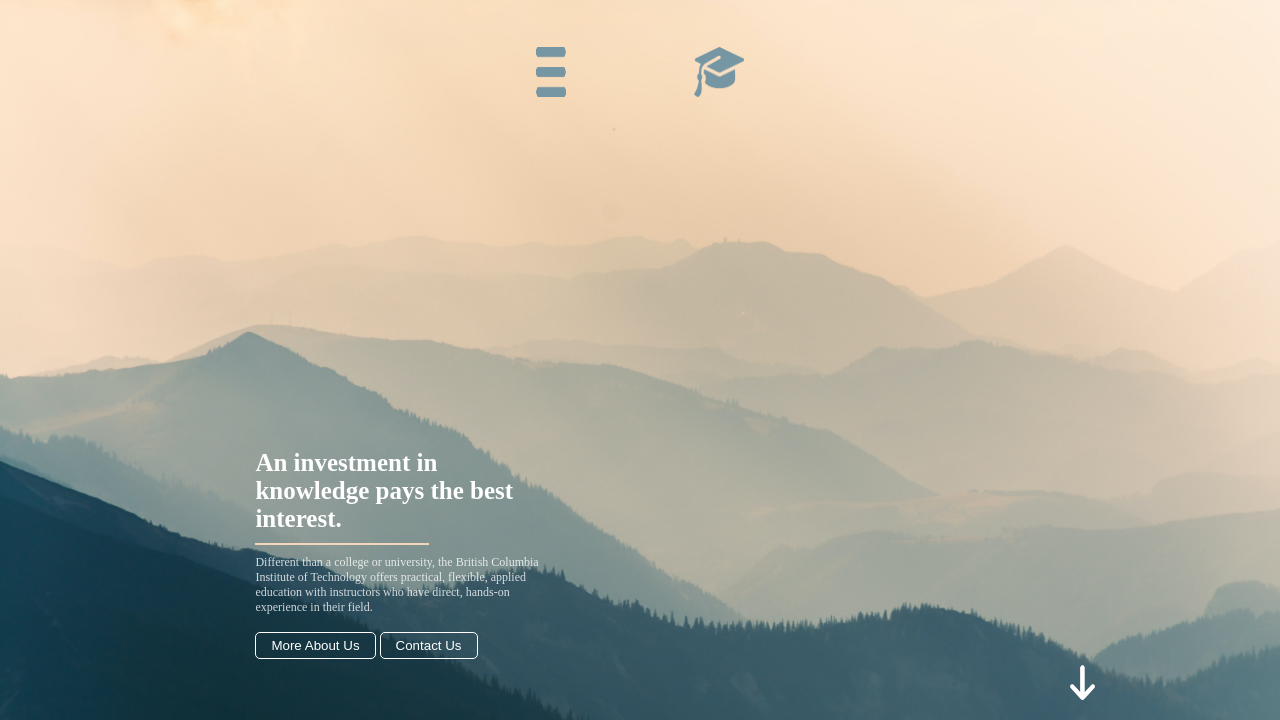
Repository: Sheraliramzan/Aly_A01253508_Assignment1
Page: /
The author's editor kept a copy of each file at every save. The page is drawn from the files as they stood at one save, then again after a run of saves.
The browser window is 1280 px wide. The pictures show the whole page.
The project was rebuilt for these pictures with package versions that can differ from the ones it lists, and the page was loaded fresh each time. The framework's server and built-in components were replaced by stand-ins that run in the browser. Also part of the build but not shown: next.config.js.

Above is the page before, as saved 2023-02-04 17:30:09.

After the next 2 saves:
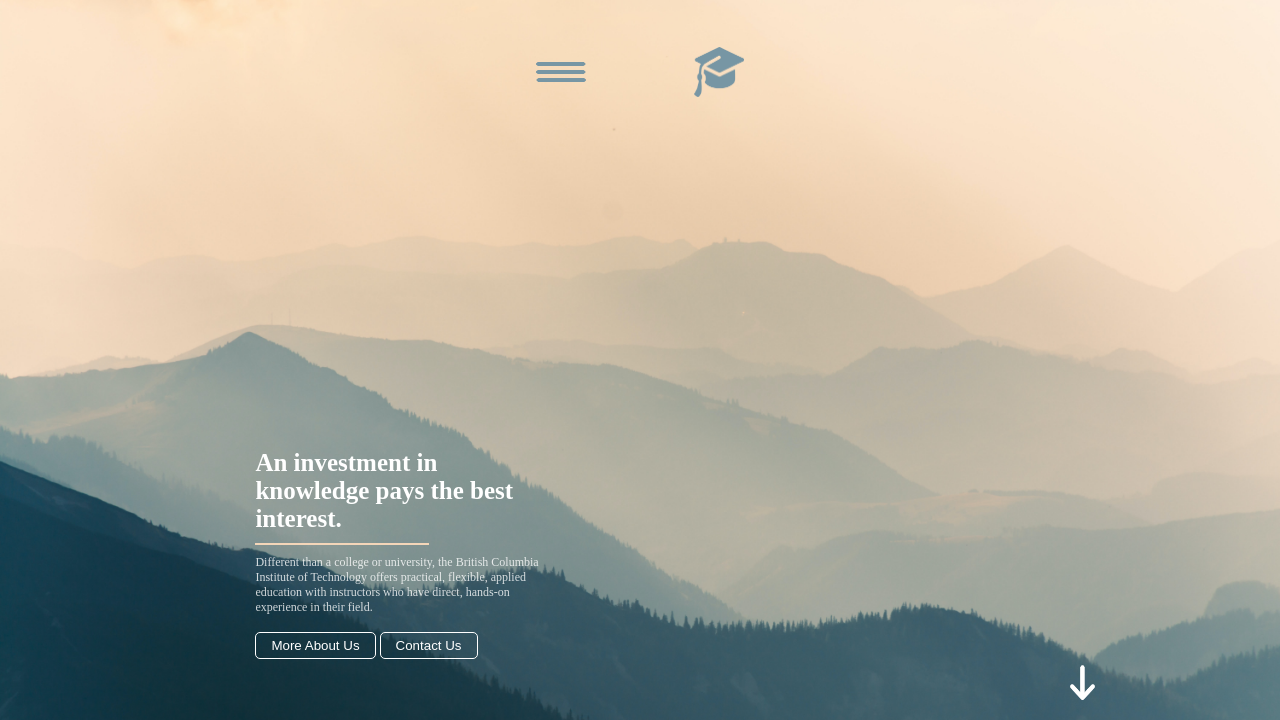
The 2 saves are shown as one change because they came seconds apart.
The last was saved 6 s later.
--- a/components/nav/nav.jsx
+++ b/components/nav/nav.jsx
@@ -15,8 +15,8 @@ export default function Navbar() {
       <div className="navcont">
         <Image
           src={"/icons/menu-icon.png"}
-          width={30}
-          height={50}
+          width={50}
+          height={20}
           onClick={handleMenu}
         />
         <Image src={"/icons/graduation-hat.png"} width={50} height={50} />
